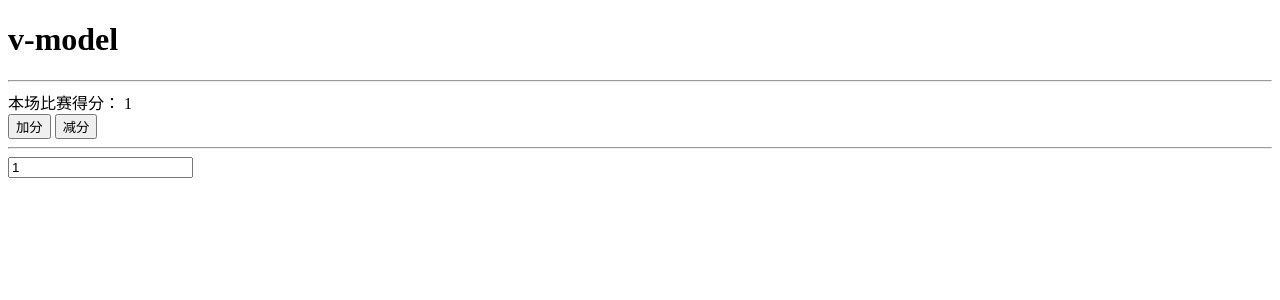
Repository: 13982720426/vue2.0-LearningNotes
Page: example/v-model.html
The author's editor kept a copy of each file at every save. The page is drawn from the files as they stood at one save, then again after the next save.
The browser window is 1280 px wide. The pictures show the whole page.

Above is the page before, as saved 2021-06-17 20:41:06.

### example/v-model.html
<!DOCTYPE html>
<html lang="en">
  <head>
    <meta charset="UTF-8" />
    <script type="text/javascript" src="../assets/js/vue.js"></script>
    <title>v-model</title>
  </head>
  <body>
    <h1>v-model</h1>
    <hr />
    <div id="app">
      本场比赛得分： {{count}}
      <br />
      <button v-on:click="jiafen">加分</button>
      <button @click="jianfen">减分</button>
      <hr />
      <input type="text" v-on:keyup.enter="onEnter" v-model="secondCount" />
    </div>

    <script type="text/javascript">
      var app = new Vue({
        el: '#app',
        data: {
          count: 1,
          secondCount: 1,
        },
        methods: {
          jiafen: function () {
            this.count++;
          },
          jianfen: function () {
            this.count--;
          },
          onEnter: function () {
            this.count = this.count + parseInt(this.secondCount);
          },
        },
      });
    </script>
  </body>
</html>

Loaded but not shown: assets/js/vue.js (library)

After the next save:
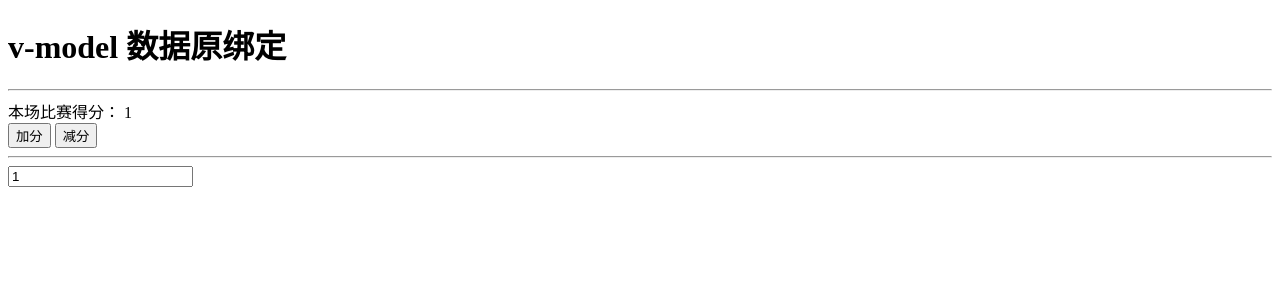
Saved 2 min 16 s later.
--- a/example/v-model.html
+++ b/example/v-model.html
@@ -3,10 +3,10 @@
   <head>
     <meta charset="UTF-8" />
     <script type="text/javascript" src="../assets/js/vue.js"></script>
-    <title>v-model</title>
+    <title>v-model 数据源绑定</title>
   </head>
   <body>
-    <h1>v-model</h1>
+    <h1>v-model 数据原绑定</h1>
     <hr />
     <div id="app">
       本场比赛得分： {{count}}
